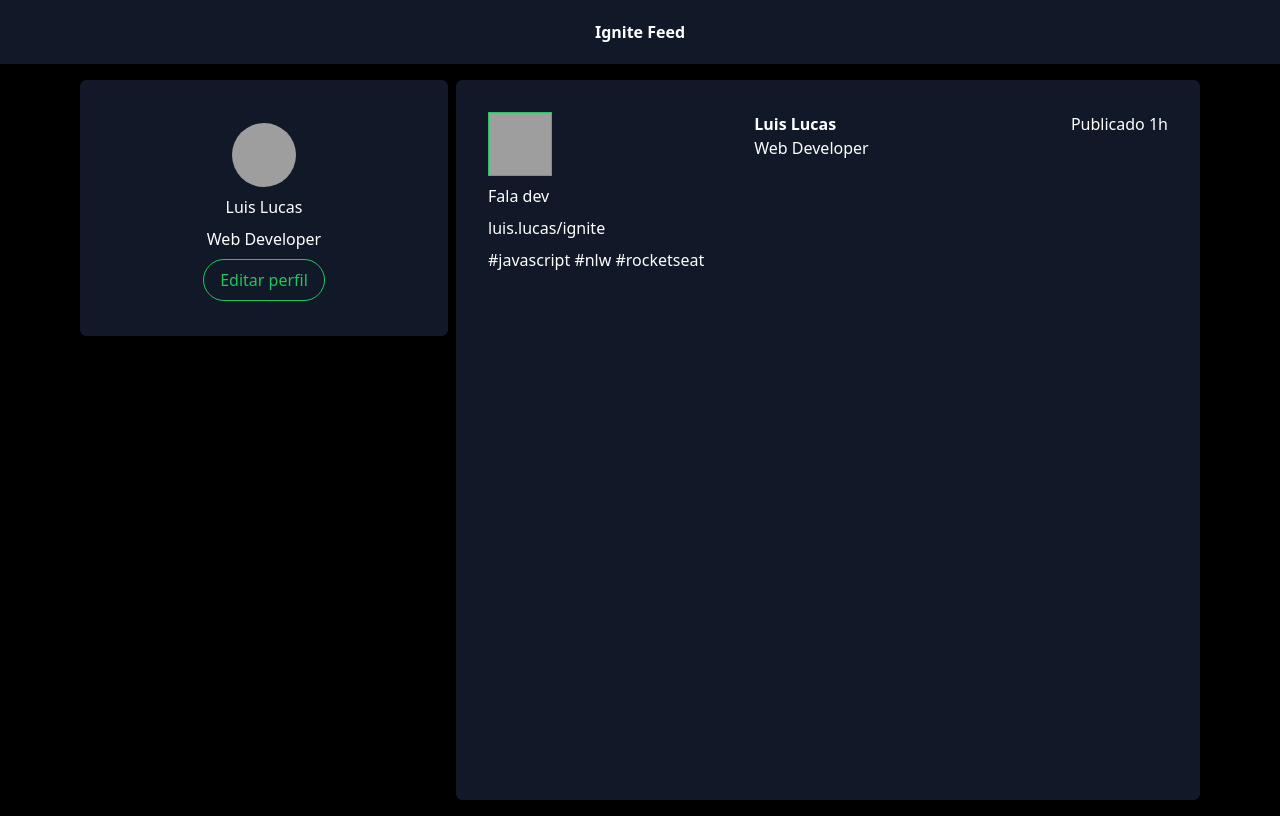
Repository: LuisSempre/ignite-feed
Page: /
These files come from the project's save history. The page is drawn as it stood at one moment and after the next save; the edit follows.
The browser window is 1280 px wide. The pictures show the whole page.
Pictures or frames that could not be fetched are drawn as grey boxes. The project was rebuilt for these pictures with package versions that can differ from the ones it lists, and the page was loaded fresh each time. Also part of the build but not shown: vite.config.js.

Above is the page before, as saved 2022-07-13 23:17:47.

After the next save:
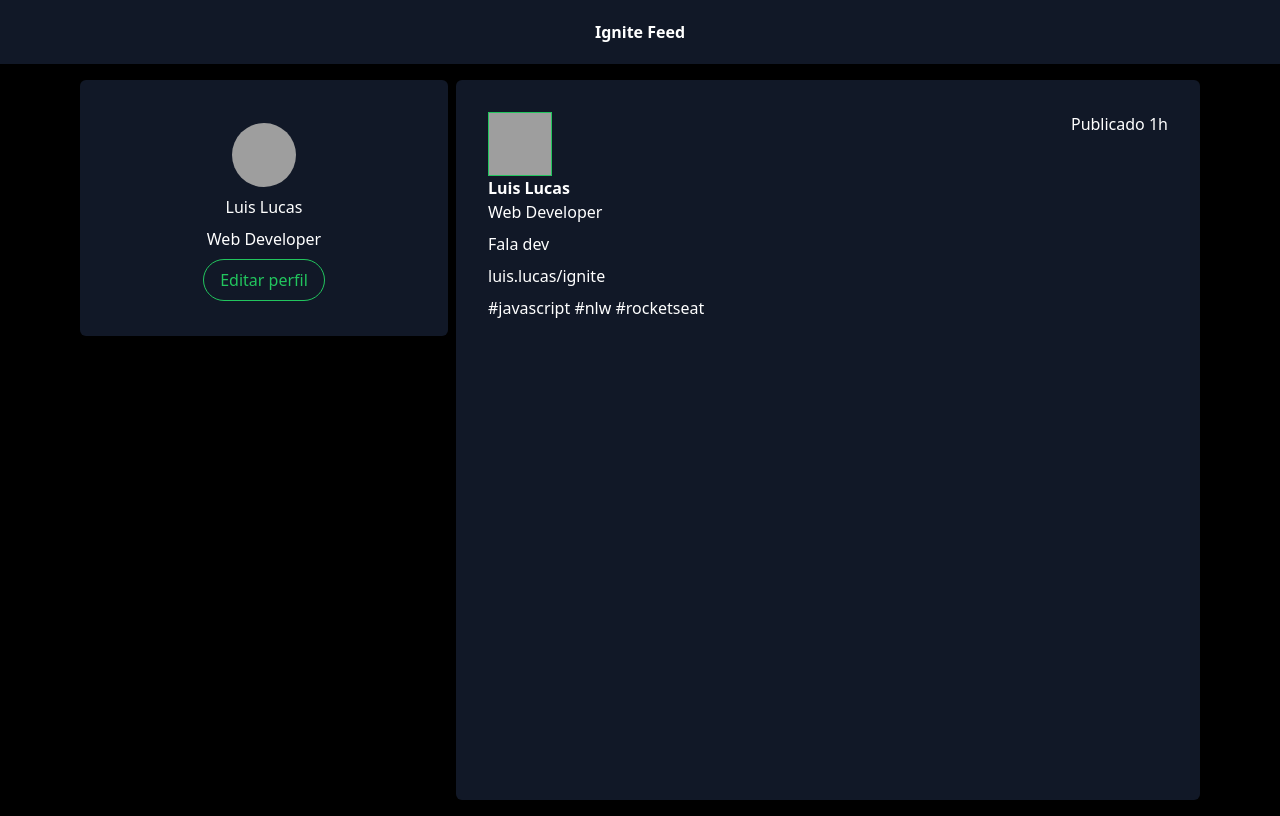
Saved 18 s later.
--- a/src/Components/Post.jsx
+++ b/src/Components/Post.jsx
@@ -8,11 +8,12 @@ export function Post() {
             src="https://github.com/luissempre.png"
             alt=""
           />
-        </div>
-        <div className="flex flex-col">
+           <div className="flex flex-col">
           <strong>Luis Lucas </strong>
           <span>Web Developer</span>
         </div>
+        </div>
+
         <div>
           <time dataTime="2022-05-11 08:13:00">Publicado 1h</time>
         </div>
